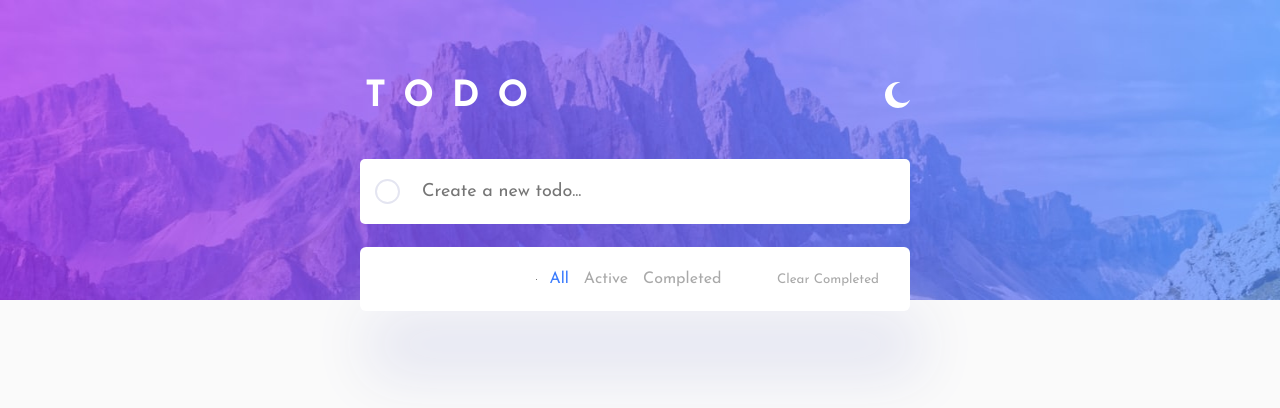
Repository: Haviles04/todoapp
Page: /
The author's editor kept a copy of each file at every save. The page is drawn from the files as they stood at one save, then again after the next save.
The browser window is 1280 px wide. The pictures show the whole page.
The project was rebuilt for these pictures with package versions that can differ from the ones it lists, and the page was loaded fresh each time.

Above is the page before, as saved 2022-10-24 19:30:09.

After the next save:
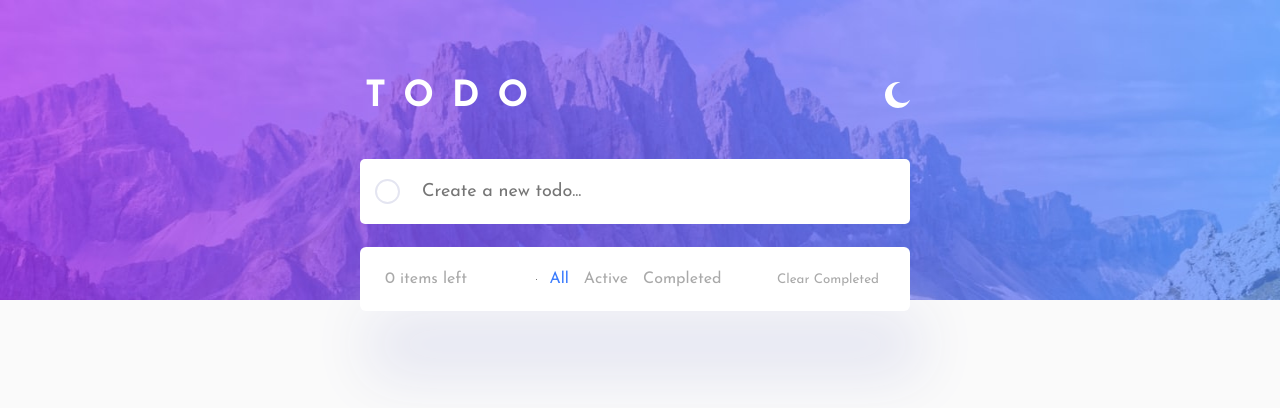
Saved 23 s later.
--- a/src/components/taskItem/TaskItem.jsx
+++ b/src/components/taskItem/TaskItem.jsx
@@ -1,4 +1,4 @@
-import React from "react";
+import React, { useEffect } from "react";
 import "./taskItem.css";
 
 function TaskItem({ listType, todoList,setTodoList, setPlural }) {
@@ -32,6 +32,7 @@ function TaskItem({ listType, todoList,setTodoList, setPlural }) {
   }
 
     //Checks to see how many items are on the list, and makes "item" plural
+    useEffect( ()=> pluralize, [] )
     function pluralize() {
       setPlural(() => {
         let countOverOne = [...todoList].filter(
